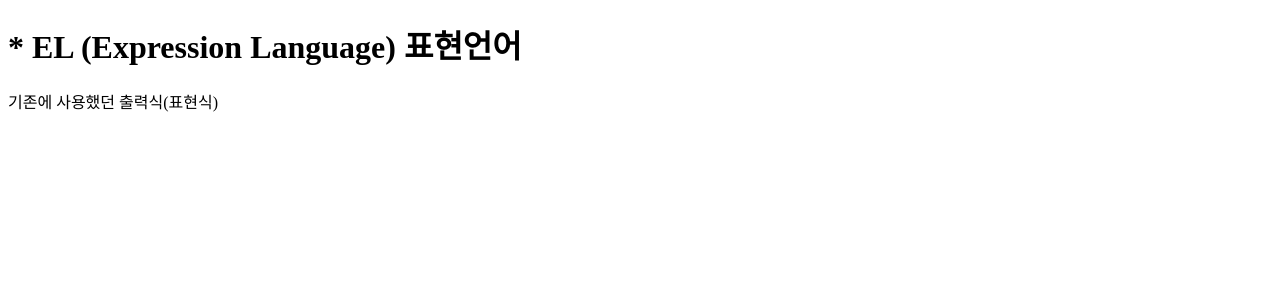
Repository: smjae96/Backup
Page: http://localhost/elActionProject/
These files come from the project's save history. The page is drawn as it stood at one moment and after the next save; the edit follows.
The browser window is 1280 px wide. The pictures show the whole page.
The page is served by Tomcat 9. Other server files are loaded and not shown.

Above is the page before, as saved 2024-03-28 01:02:48.

### 5_JSP/elActionProject/src/main/webapp/index.jsp
<%@ page language="java" contentType="text/html; charset=UTF-8"
    pageEncoding="UTF-8"%>
<!DOCTYPE html>
<html>
<head>
<meta charset="UTF-8">
<title>Insert title here</title>
</head>
<body>
	<h1> * EL (Expression Language) 표현언어 </h1>
	<p>
		기존에 사용했던 출력식(표현식)
	</p>

</body>
</html>

After the next save:
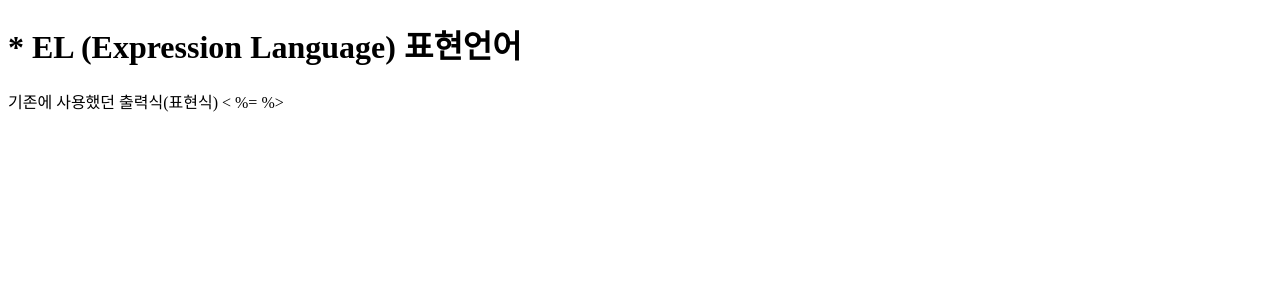
Saved 60 s later.
--- a/5_JSP/elActionProject/src/main/webapp/index.jsp
+++ b/5_JSP/elActionProject/src/main/webapp/index.jsp
@@ -9,7 +9,7 @@
 <body>
 	<h1> * EL (Expression Language) 표현언어 </h1>
 	<p>
-		기존에 사용했던 출력식(표현식)
+		기존에 사용했던 출력식(표현식) &lt; %= %&gt;
 	</p>
 
 </body>
